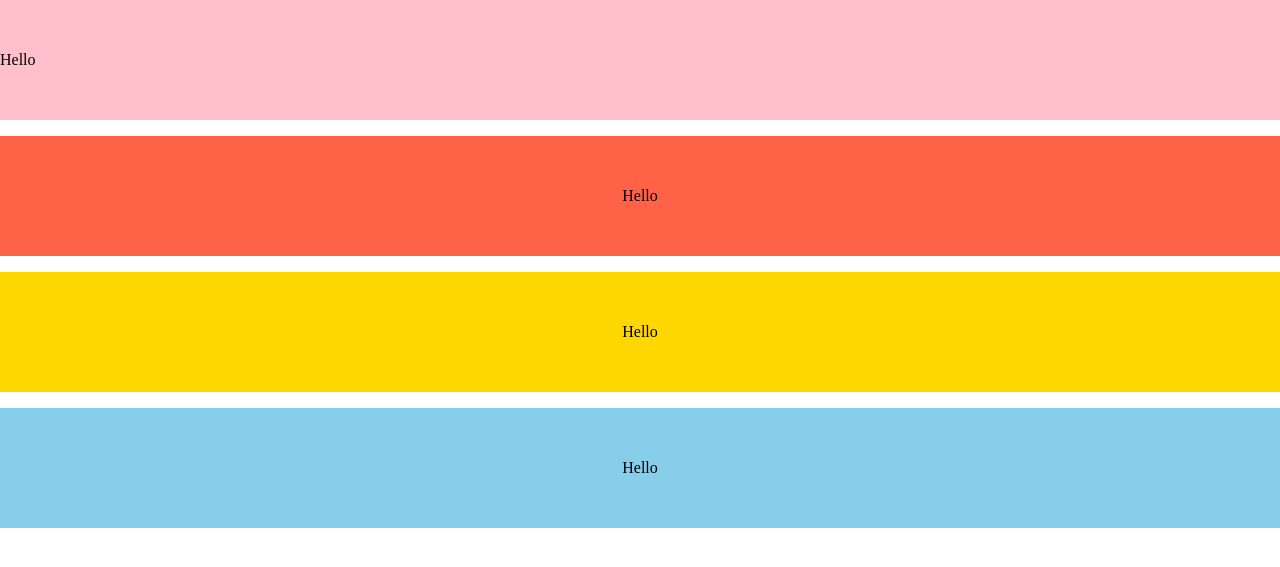
Repository: minoto9/vue_tutorial
Page: 1.html
These files come from the project's save history. The page is drawn as it stood at one moment and after the next save; the edit follows.
The browser window is 1280 px wide. The pictures show the whole page.

Above is the page before, as saved 2019-07-10 17:54:04.

After the next save:
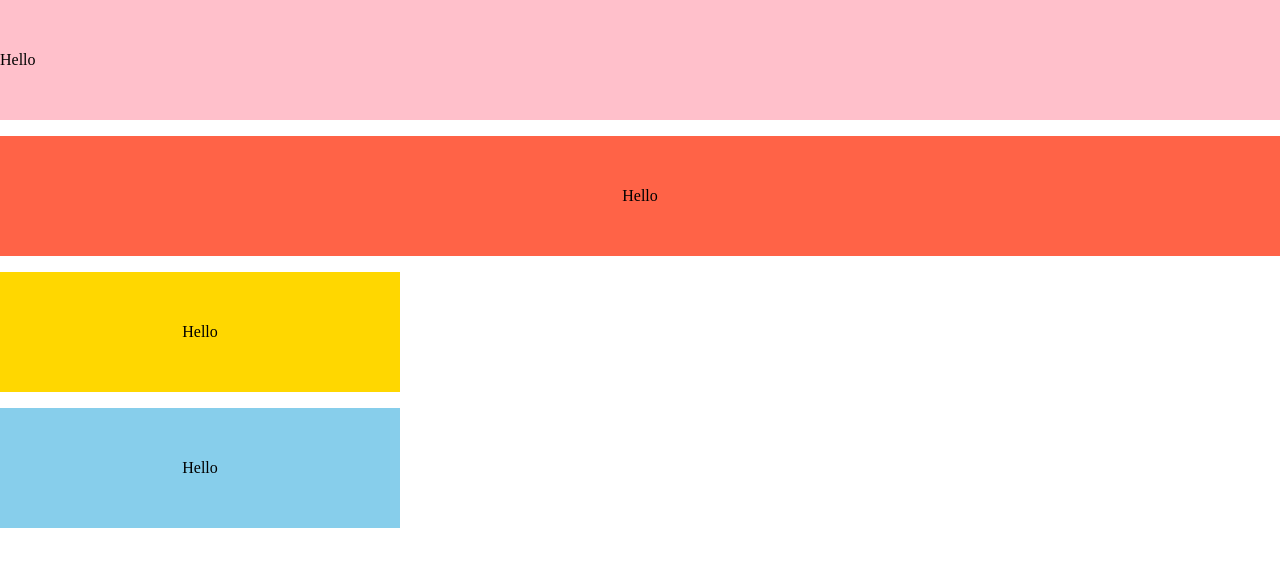
Saved 50 s later.
--- a/1.css
+++ b/1.css
@@ -12,18 +12,17 @@ div {
 
 .tomato {
     background-color: tomato;
+    text-align: center;
 }
 
 .gold {
     background-color: gold;
+    text-align: center;
+    width: 400px;
 }
 
 .skyblue {
     background-color: skyblue;
+    text-align: center;
+    width: 400px;
 }
-
-.tomato,
-.gold,
-.skyblue {
-    text-align: center;
-}
